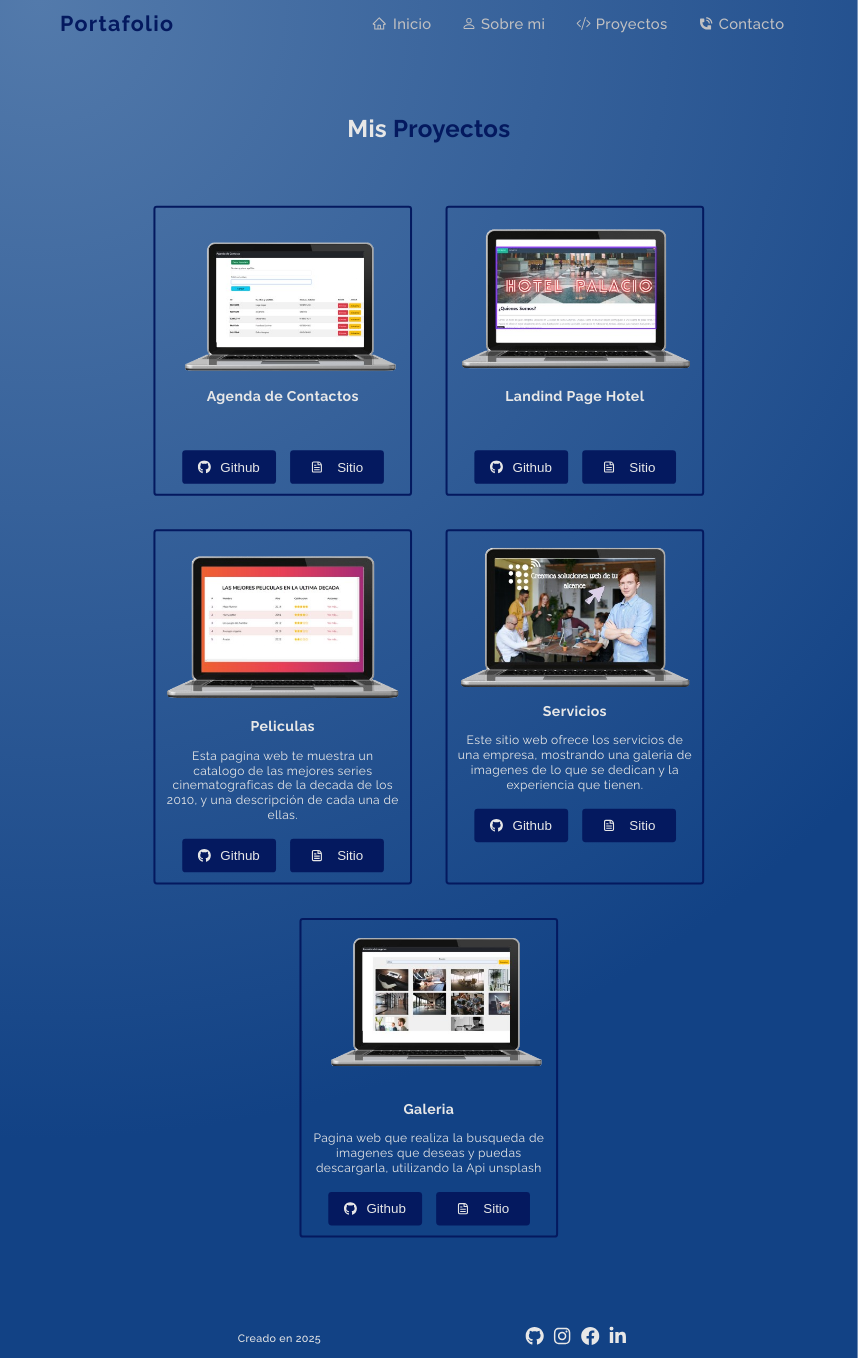
Repository: Francisco-Escobar99/portafolio
Page: /Project
The author's editor kept a copy of each file at every save. The page is drawn from the files as they stood at one save, then again after the next save.
The browser window is 1280 px wide. The pictures show the whole page, at 67% of full size.
The project was rebuilt for these pictures with package versions that can differ from the ones it lists, and the page was loaded fresh each time. Also part of the build but not shown: vite.config.js, src/Components/Type.jsx, src/Components/Home.jsx, src/Components/Skills.jsx, src/Components/About.jsx, src/Components/Contact.jsx, src/App.css.

Above is the page before, as saved 2026-02-17 23:10:08.

After the next save:
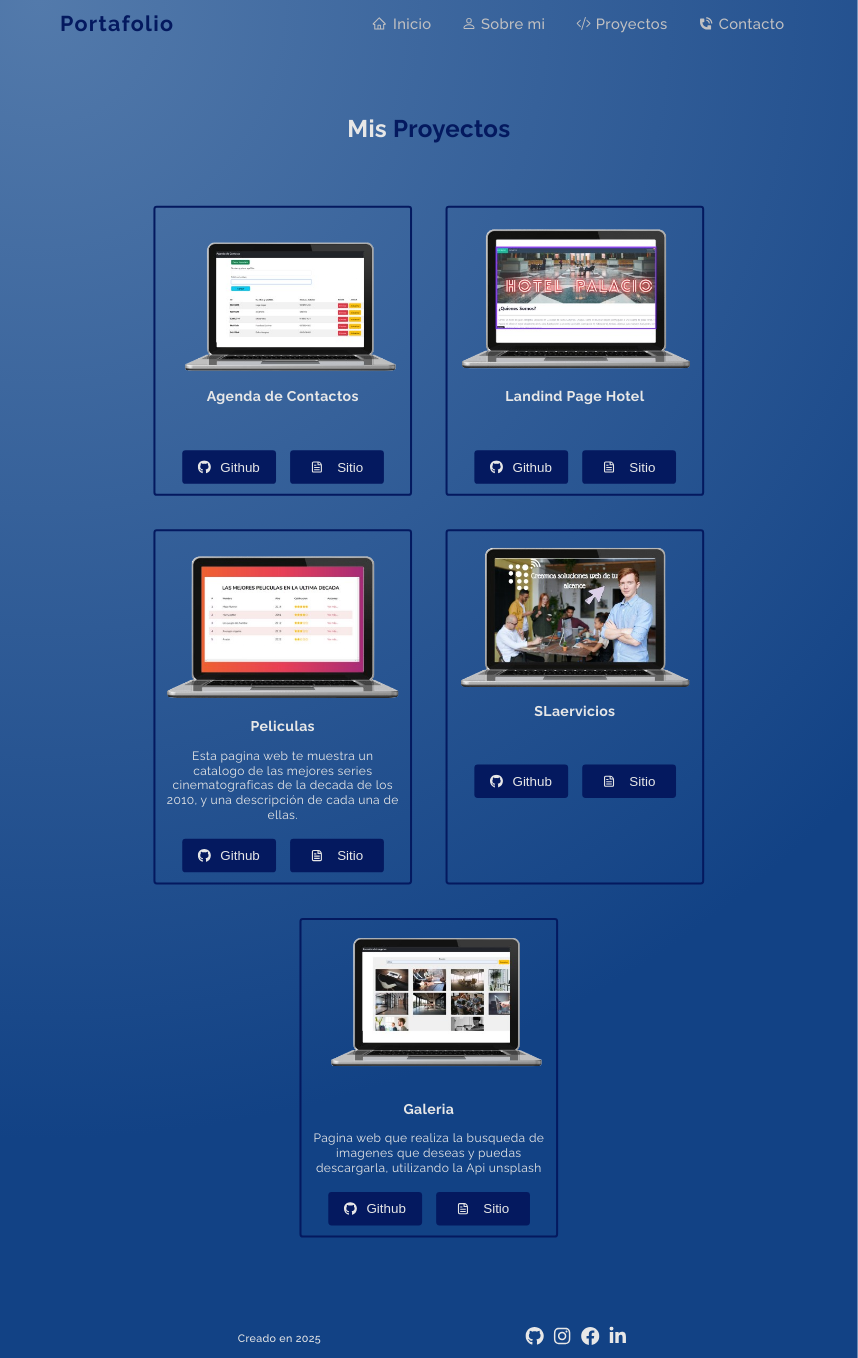
Saved 4 s later.
--- a/src/Components/Projects.jsx
+++ b/src/Components/Projects.jsx
@@ -16,7 +16,7 @@
         <ProjectBox projectPhoto={AgendaImage} projectName="Agenda de Contactos" />
         <ProjectBox projectPhoto={HotelImage} projectName="Landind Page Hotel" />
         <ProjectBox projectPhoto={PeliculasImage} projectName="Peliculas" />
-        <ProjectBox projectPhoto={ServicioImage} projectName="Servicios" />
+        <ProjectBox projectPhoto={ServicioImage} projectName="SLaervicios" />
         <ProjectBox projectPhoto={GaleriaImage} projectName="Galeria"/>
       </div>
     </div>
